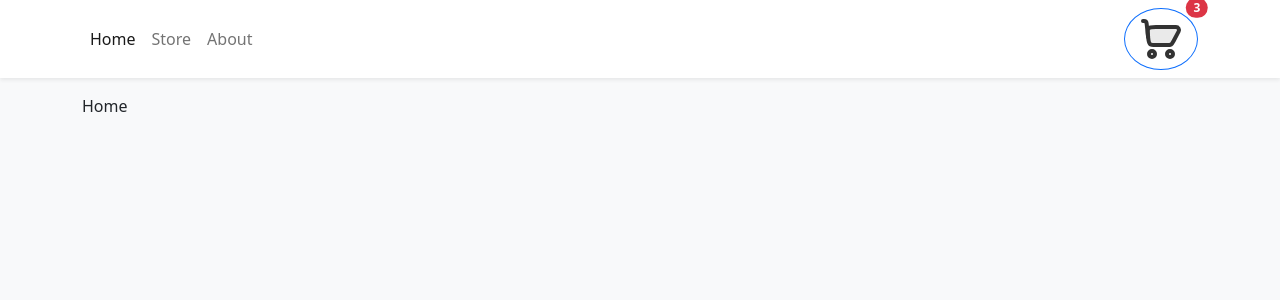
Repository: MoNasr2022/shopping-cart
Page: /
An editor plug-in stored every save of this project. The page is shown before and after the next save, followed by the edit.
The browser window is 1280 px wide. The pictures show the whole page.
The project was rebuilt for these pictures with package versions that can differ from the ones it lists, and the page was loaded fresh each time. Also part of the build but not shown: vite.config.ts, src/pages/Store.tsx, src/pages/About.tsx.

Above is the page before, as saved 2023-04-17 01:41:19.

### index.html
<!DOCTYPE html>
<html lang="en">
  <head>
    <meta charset="UTF-8" />
    <link rel="icon" type="image/svg+xml" href="/vite.svg" />
    <meta name="viewport" content="width=device-width, initial-scale=1.0" />
    <title>Nasr Shopping Cart</title>
  </head>
  <body class="bg-light">
    <div id="root"></div>
    <script type="module" src="/src/main.tsx"></script>
  </body>
</html>

### src/App.tsx
import { Routes, Route } from "react-router-dom";
import { Container } from "react-bootstrap";
import Home from "./pages/Home";
import Store from "./pages/Store";
import About from "./pages/About";
import Navbar from "./components/Navbar";

function App() {
  return (
    <>
      <Navbar />
      <Container className="mb-4">
        <Routes>
          <Route path="/" element={<Home />} />
          <Route path="/store" element={<Store />} />
          <Route path="/about" element={<About />} />
        </Routes>
      </Container>
    </>
  );
}

export default App;

### src/pages/Home.tsx


export default function Home () {
  return (
    <div>Home</div>
  )
}

### src/components/Navbar.tsx
import { Navbar as NavbarB } from "react-bootstrap";
import { Container, Nav, Button } from "react-bootstrap";
import { NavLink } from "react-router-dom";

export default function Navbar() {
  return (
    <NavbarB className="bg-white shadow-sm mb-3">
      <Container>
        <Nav className="me-auto">
          <Nav.Link as={NavLink} to="/">
            {" "}
            Home
          </Nav.Link>
          <Nav.Link as={NavLink} to="/store">
            {" "}
            Store
          </Nav.Link>
          <Nav.Link as={NavLink} to="/about">
            {" "}
            About
          </Nav.Link>
        </Nav>
        <Button
          className=" rounded-circle"
          variant="outline-primary"
          style={{ position: "relative" }}
        >
          <svg
            width="3rem"
            height="3rem"
            viewBox="0 0 24 24"
            fill="none"
            xmlns="http://www.w3.org/2000/svg"
          >
            <path
              opacity="0.1"
              d="M5.60464 11.4417C5.79269 13.1343 5.88672 13.9805 6.45624 14.4903C7.02576 15 7.87723 15 9.58017 15H9.70588H13.4706H14.827C16.0002 15 16.5867 15 17.0627 14.7134C17.5387 14.4268 17.8132 13.9084 18.3621 12.8716L20.8303 8.20947C21.361 7.207 20.6343 6 19.5 6H9.70588H9.46906C7.38336 6 6.34051 6 5.74427 6.66616C5.14803 7.33231 5.2632 8.36878 5.49353 10.4417L5.60464 11.4417Z"
              fill="#323232"
            />
            <path
              d="M5.60464 11.4417C5.79269 13.1343 5.88672 13.9805 6.45624 14.4903C7.02576 15 7.87723 15 9.58017 15H9.70588H13.4706H14.827C16.0002 15 16.5867 15 17.0627 14.7134C17.5387 14.4268 17.8132 13.9084 18.3621 12.8716L20.8303 8.20947C21.361 7.207 20.6343 6 19.5 6V6H9.70588H9.46906C7.38336 6 6.34051 6 5.74427 6.66616C5.14803 7.33231 5.2632 8.36878 5.49353 10.4417L5.60464 11.4417Z"
              stroke="#323232"
              stroke-width="2"
              stroke-linejoin="round"
            />
            <path
              d="M3 3H3.5V3C4.1642 3 4.72218 3.49942 4.79553 4.15955L5.55558 11"
              stroke="#323232"
              stroke-width="2"
              stroke-linecap="round"
              stroke-linejoin="round"
            />
            <path
              d="M9 19.5C9 20.3284 8.32843 21 7.5 21C6.67157 21 6 20.3284 6 19.5C6 18.6716 6.67157 18 7.5 18C8.32843 18 9 18.6716 9 19.5Z"
              stroke="#323232"
              stroke-width="2"
            />
            <path
              d="M18 19.5C18 20.3284 17.3284 21 16.5 21C15.6716 21 15 20.3284 15 19.5C15 18.6716 15.6716 18 16.5 18C17.3284 18 18 18.6716 18 19.5Z"
              stroke="#323232"
              stroke-width="2"
            />
          </svg>
          <span className="position-absolute b-0 start-100 translate-middle badge rounded-pill bg-danger"
          >3</span>
        </Button>
      </Container>
    </NavbarB>
  );
}

Loaded but not shown: src/main.tsx (common file)

After the next save:
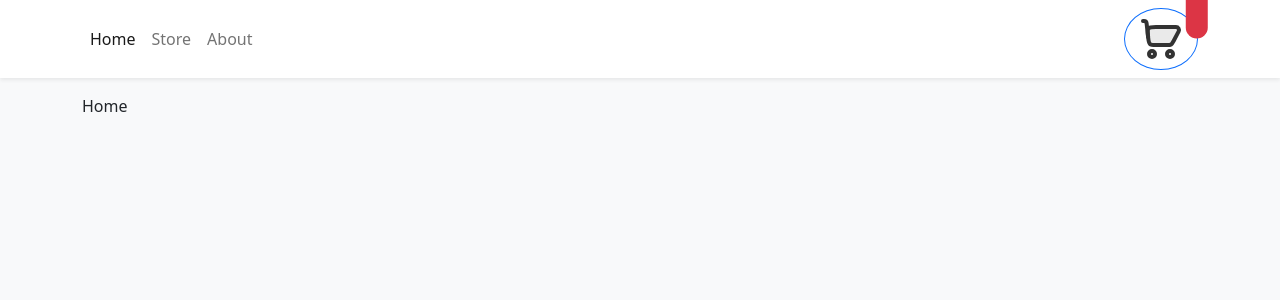
Saved 7 s later.
--- a/src/components/Navbar.tsx
+++ b/src/components/Navbar.tsx
@@ -61,7 +61,7 @@ export default function Navbar() {
               stroke-width="2"
             />
           </svg>
-          <span className="position-absolute b-0 start-100 translate-middle badge rounded-pill bg-danger"
+          <span className="position-absolute bottom-0 start-100 translate-middle badge rounded-pill bg-danger"
           >3</span>
         </Button>
       </Container>
